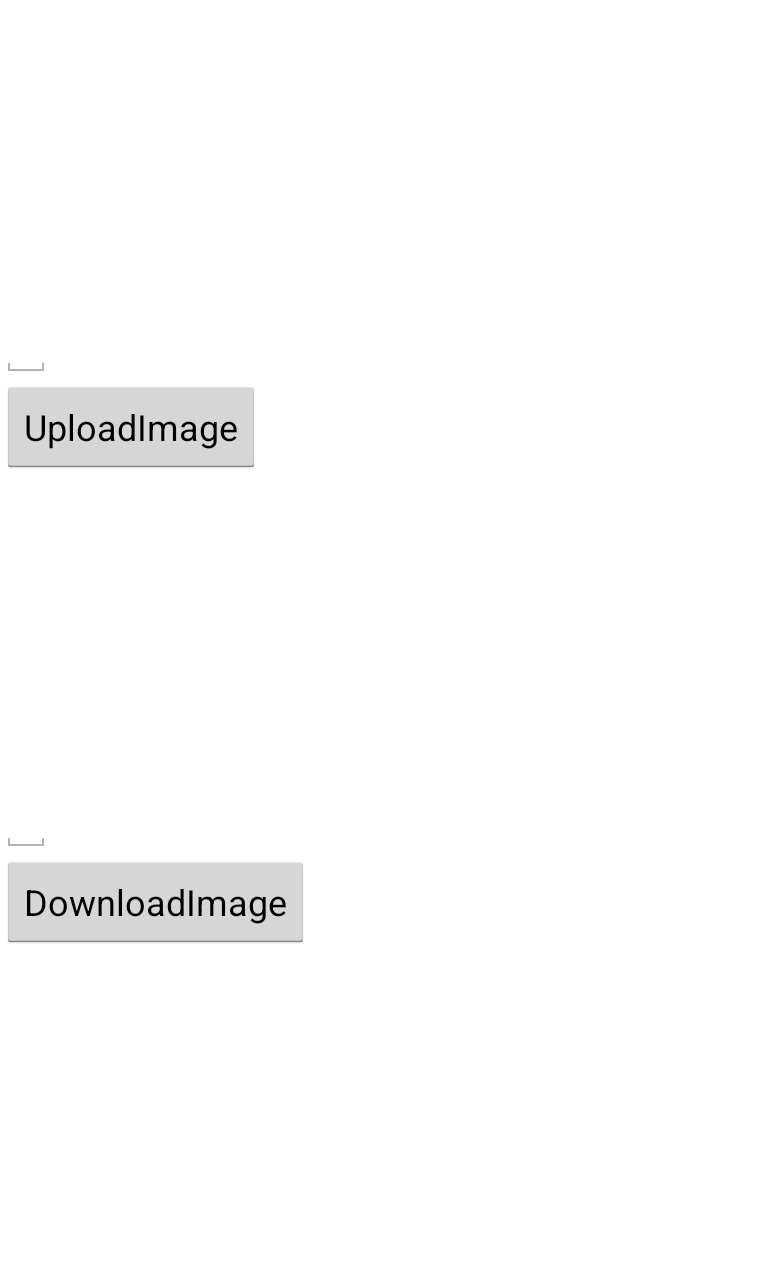
Repository: HSUmod/nanumi
Layout: Nanumi/ImageSendTest/res/layout/activity_main.xml
The author's editor kept a copy of each file at every save. The layout is drawn from the files as they stood at one save, then again after the next save.
It is drawn on a 768 x 1280 px phone screen (xhdpi) without system bars, with theme AppTheme; the app's code is not run.

Above is the layout before, as saved 2015-11-20 05:12:05.

After the next save:
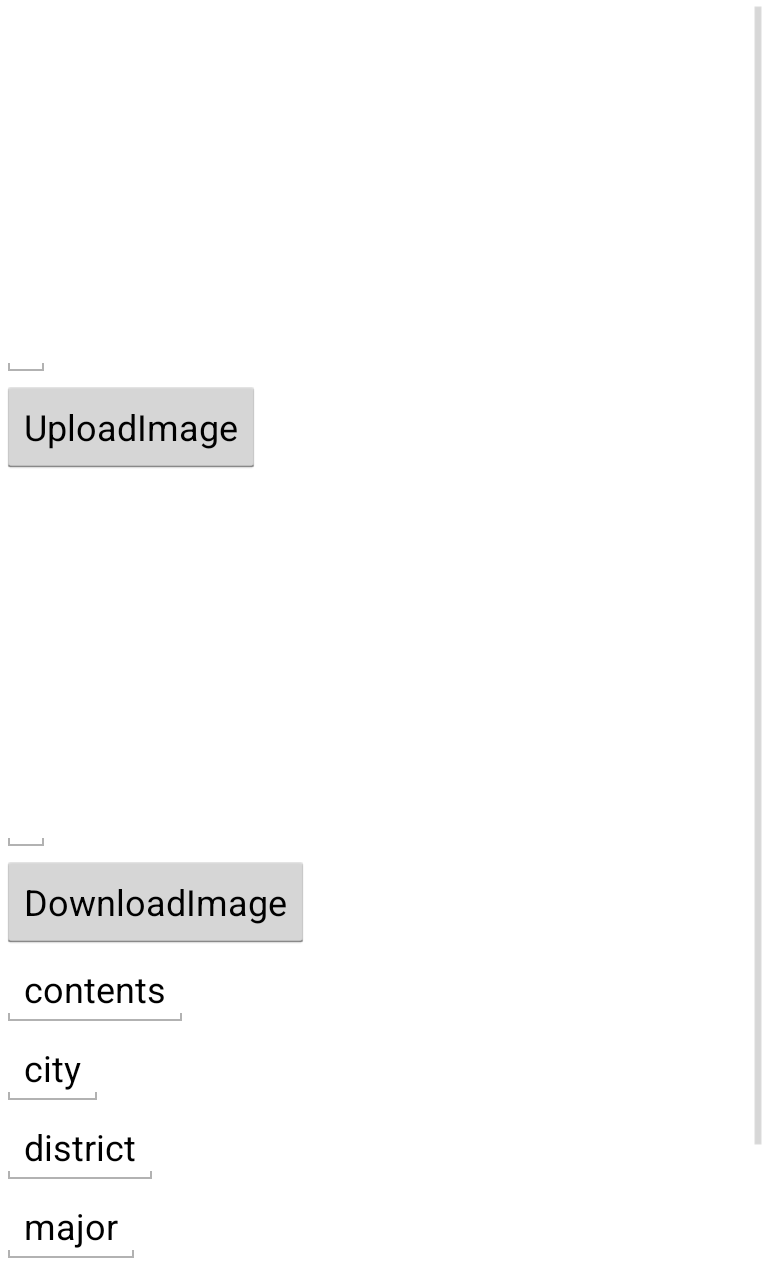
Saved 15 s later.
--- a/Nanumi/ImageSendTest/res/layout/activity_main.xml
+++ b/Nanumi/ImageSendTest/res/layout/activity_main.xml
@@ -7,8 +7,7 @@
     <LinearLayout
         android:layout_width="match_parent"
         android:layout_height="wrap_content"
-        android:orientation="vertical"
-         >
+        android:orientation="vertical" >
 
         <ImageView
             android:id="@+id/imageToUpload"
@@ -43,6 +42,42 @@
             android:layout_width="wrap_content"
             android:layout_height="wrap_content"
             android:text="DownloadImage" />
+
+        <EditText
+            android:id="@+id/contents"
+            android:layout_width="wrap_content"
+            android:layout_height="wrap_content"
+            android:text="contents" />
+
+        <EditText
+            android:id="@+id/city"
+            android:layout_width="wrap_content"
+            android:layout_height="wrap_content"
+            android:text="city" />
+
+        <EditText
+            android:id="@+id/district"
+            android:layout_width="wrap_content"
+            android:layout_height="wrap_content"
+            android:text="district" />
+
+        <EditText
+            android:id="@+id/major"
+            android:layout_width="wrap_content"
+            android:layout_height="wrap_content"
+            android:text="major" />
+
+        <EditText
+            android:id="@+id/sub"
+            android:layout_width="wrap_content"
+            android:layout_height="wrap_content"
+            android:text="sub" />
+
+        <EditText
+            android:id="@+id/selectionWay"
+            android:layout_width="wrap_content"
+            android:layout_height="wrap_content"
+            android:text="way" />
     </LinearLayout>
 
 </ScrollView>
